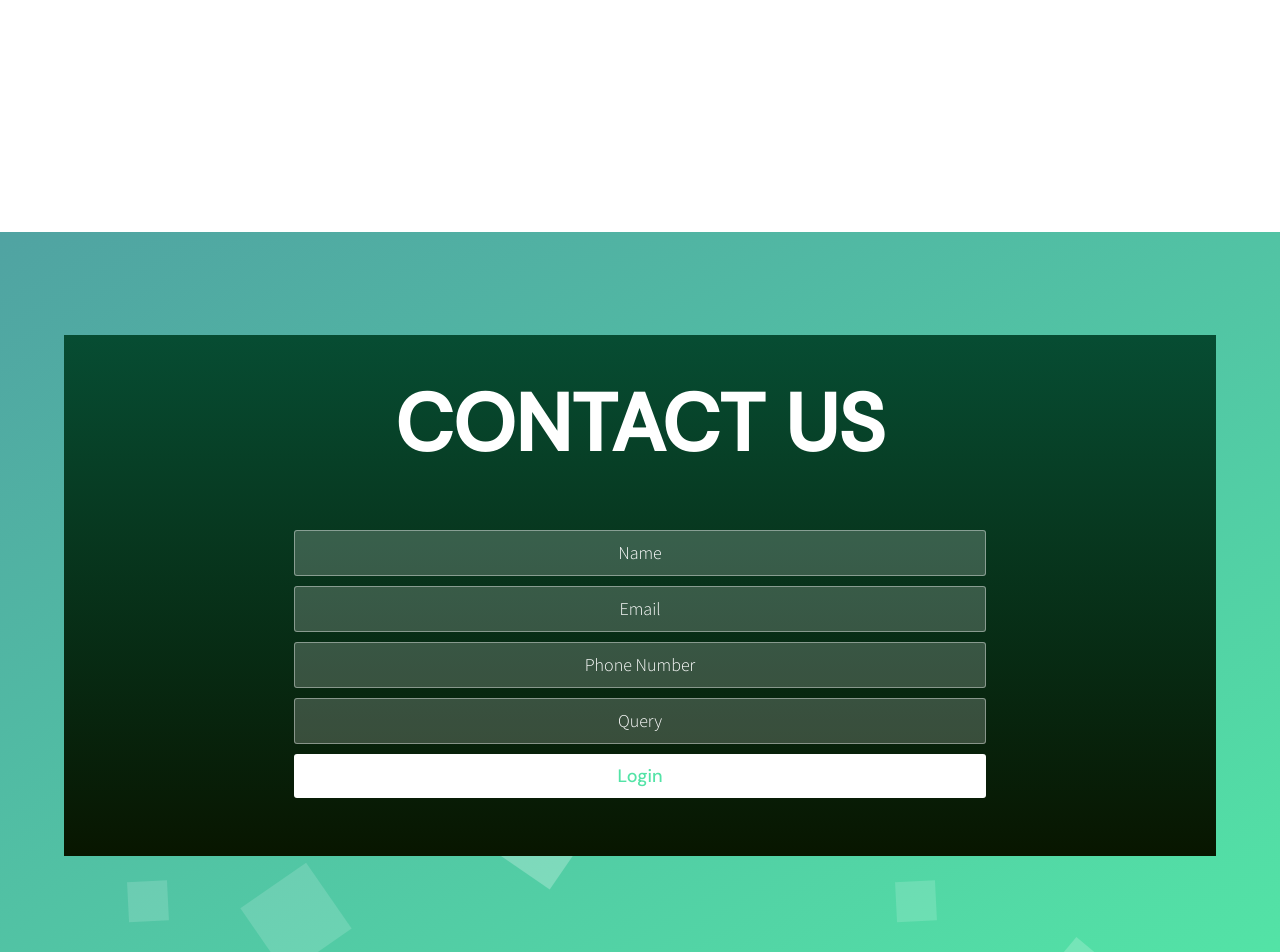
Repository: Jrap-bit/PeriodofSharing
Page: index.html
These files come from the project's save history. The page is drawn as it stood at one moment and after the next save; the edit follows.
The browser window is 1280 px wide. The pictures show the part of the page from y = 1325 to 2277 px (the page is 2277 px tall).

Above is the page before, as saved 2022-01-16 01:26:49.

After the next save:
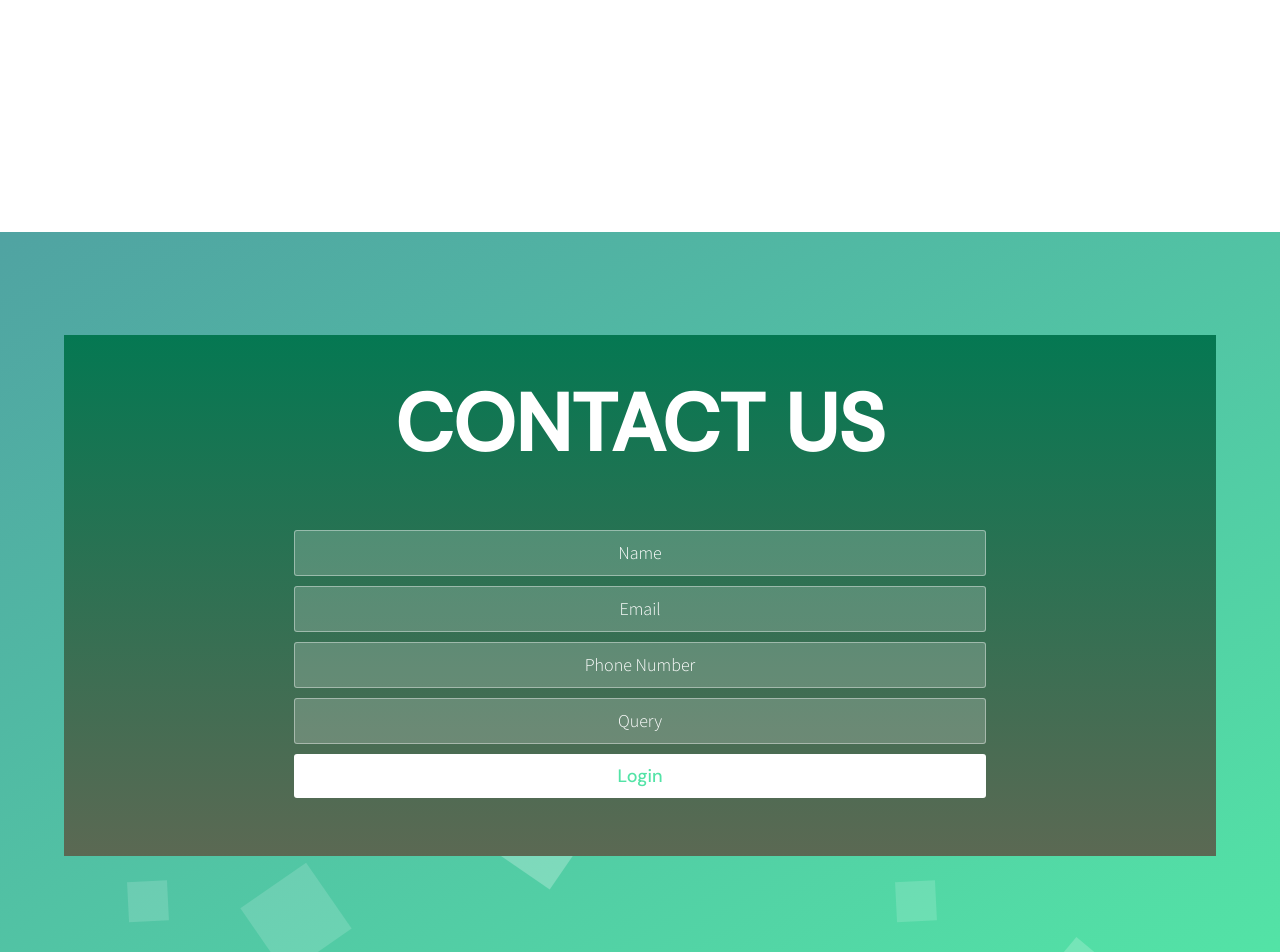
Saved 21 s later.
--- a/style.css
+++ b/style.css
@@ -74,7 +74,7 @@ form {
     display:flexbox;
     justify-content: center;
     align-items: center;
-    background: linear-gradient(rgba(3, 73, 56, 0.9), rgba(0, 0, 0, 0.8)), #286d00;
+    background: linear-gradient(rgba(1, 121, 91, 0.9), rgba(104, 104, 104, 0.8)), #286d00;
     padding: 5% 0;
     position: relative;
     z-index: 2;
